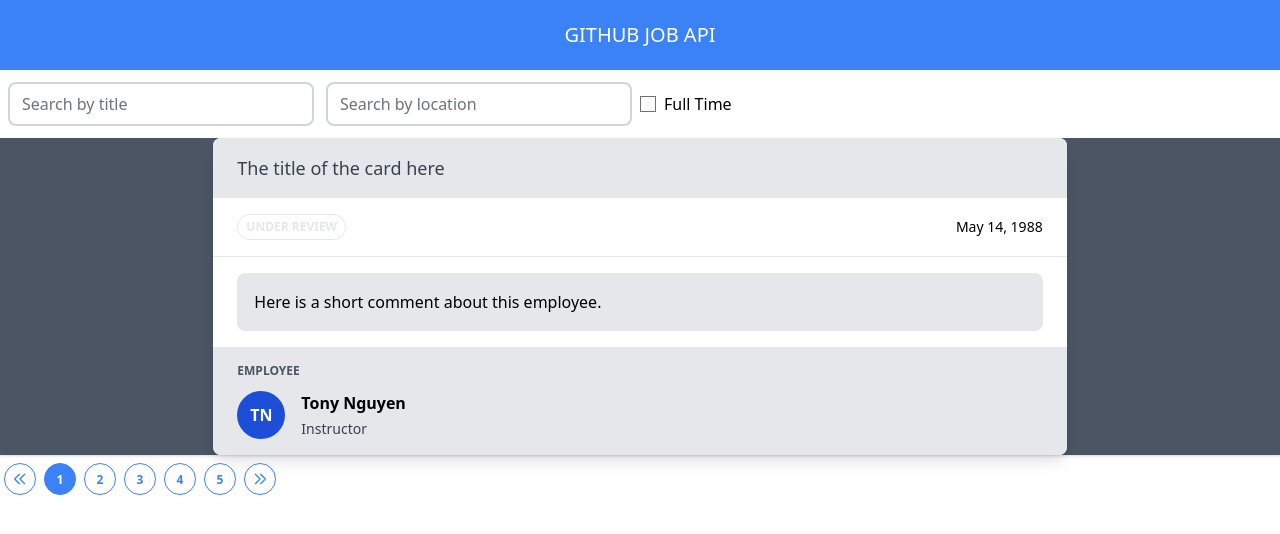
Repository: ShamroOoz/Github-job-api-React-Tailwind
Page: /
The author's editor kept a copy of each file at every save. The page is drawn from the files as they stood at one save, then again after the next save.
The browser window is 1280 px wide. The pictures show the whole page.
The page's requests for data from a server got no answer. The project was rebuilt for these pictures with package versions that can differ from the ones it lists, and the page was loaded fresh each time. No one was signed in, and anything a server would have sent is missing. Also part of the build but not shown: craco.config.js.

Above is the page before, as saved 2021-03-21 17:15:15.

### src/index.css
@tailwind base;
@tailwind components;
@tailwind utilities;

.text-style {
  @apply w-3/5 outline-none border-0 focus:ring-2 ring-indigo-600 border-2 border-gray-300 rounded-lg placeholder-gray-500 placeholder-opacity-100;
}

### src/App.js
import { useState } from "react";
import { useFetch } from "./components/Hooks/useFetch";
import NavBar from "./components/NavBar";
import SearchForm from "./components/SearchForm";
import Pagination from "./components/Pagination";
import Job from "./components/Reducer/Job";

function App() {
  const [params, setparam] = useState({});
  const [page, setpage] = useState(1);
  const { jobs, loading, error } = useFetch(params, page);

  const handleparamchange = (e) => {
    setpage(1);
    let param = e.target.name;
    let value = e.target.value;
    setparam((prevparams) => {
      return { ...prevparams, [param]: value };
    });
  };

  return (
    <>
      <NavBar />
      <SearchForm handleparamchange={handleparamchange} params={params} />
      {/* <div className="px-2">
        {loading && <div className="text-3xl font-bold">Loading..</div>}
        {error && (
          <div className="text-lg text-red-500">Error..Try refreshing</div>
        )}
        <div>
          {jobs &&
            jobs.map((job) => (
              <li className="leading-7 text-xl" key={job.id}>
                {job.title}
              </li>
            ))}
        </div>
      </div> */}
      <Job />
      <Pagination />
    </>
  );
}

export default App;

### src/components/Hooks/useFetch.js
import { useReducer, useEffect } from "react";
import axios from "axios";
import { reducer, ACTIONS } from "../Reducer/Reduce";

//
const { MAKE_REQUEST, GET_DATA, ERROR } = ACTIONS;
const BASE_URL =
  "https://secret-ocean-49799.herokuapp.com/https://jobs.github.com/positions.json";

const initialState = {
  jobs: [],
  loading: false,
  error: false,
};

export const useFetch = (params, page) => {
  const [state, dispatch] = useReducer(reducer, initialState);

  //useeffect hook to get data

  useEffect(() => {
    const cancelToken = axios.CancelToken.source();
    dispatch({ type: MAKE_REQUEST, payload: "" });
    axios
      .get(BASE_URL, {
        cancelToken: cancelToken.token,
        params: {
          markdown: true,
          page: page,
          ...params,
        },
      })
      .then((res) => {
        dispatch({ type: GET_DATA, payload: res.data });
        console.log(res.data);
      })
      .catch((err) => {
        if (axios.isCancel(err)) return;
        dispatch({ type: ERROR, payload: err });
      });
    //clean up
    return () => {
      cancelToken.cancel();
    };
  }, [page, params]);

  return state;
};

### src/components/NavBar.js
import React from "react";

const NavBar = () => {
  return (
    <nav className="relative flex flex-wrap items-center justify-center px-2 py-3 navbar-expand-lg bg-blue-500 ">
      <h2 className=" inline-block py-2 whitespace-no-wrap uppercase text-xl font-normal leading-normal  text-white">
        Github Job Api
      </h2>
    </nav>
  );
};

export default NavBar;

### src/components/SearchForm.js
import React from "react";

const SearchForm = ({ handleparamchange, params }) => {
  return (
    <form>
      <div className="grid grid-cols-2  ">
        <div className="py-3 px-2 flex space-x-3 ">
          <input
            className="text-style"
            type="text"
            placeholder={`Search by title `}
            name="description"
            value={params.description || ""}
            onChange={handleparamchange}
          />
          <input
            className="text-style"
            type="text"
            placeholder={`Search by location`}
            name="location"
            value={params.location || ""}
            onChange={handleparamchange}
          />
        </div>
        <div className="flex">
          <label className="flex items-center">
            <input
              type="checkbox"
              value={params.full_time || ""}
              onChange={handleparamchange}
            />
            <span className="ml-2">Full Time </span>
          </label>
        </div>
      </div>
    </form>
  );
};

export default SearchForm;

### src/components/Pagination.js
import React from "react";

const Pagination = () => {
  return (
    <div className="py-2">
      <nav className="block">
        <ul className="flex pl-0 rounded list-none flex-wrap">
          <li>
            <a
              href="#pablo"
              className="first:ml-0 text-xs font-semibold flex w-8 h-8 mx-1 p-0 rounded-full items-center justify-center leading-tight relative border border-solid border-blue-500 bg-white text-blue-500"
            >
              <svg
                xmlns="http://www.w3.org/2000/svg"
                fill="none"
                viewBox="0 0 24 24"
                stroke="currentColor"
                className="w-4"
              >
                <path
                  strokeLinecap="round"
                  strokeLinejoin="round"
                  strokeWidth="2"
                  d="M11 19l-7-7 7-7m8 14l-7-7 7-7"
                />
              </svg>
            </a>
          </li>
          <li>
            <a
              href="#pablo"
              className="first:ml-0 text-xs font-semibold flex w-8 h-8 mx-1 p-0 rounded-full items-center justify-center leading-tight relative border border-solid border-blue-500 text-white bg-blue-500"
            >
              1
            </a>
          </li>
          <li>
            <a
              href="#pablo"
              className="first:ml-0 text-xs font-semibold flex w-8 h-8 mx-1 p-0 rounded-full items-center justify-center leading-tight relative border border-solid border-blue-500 bg-white text-blue-500"
            >
              2
            </a>
          </li>
          <li>
            <a
              href="#pablo"
              className="first:ml-0 text-xs font-semibold flex w-8 h-8 mx-1 p-0 rounded-full items-center justify-center leading-tight relative border border-solid border-blue-500 bg-white text-blue-500"
            >
              3
            </a>
          </li>
          <li>
            <a
              href="#pablo"
              className="first:ml-0 text-xs font-semibold flex w-8 h-8 mx-1 p-0 rounded-full items-center justify-center leading-tight relative border border-solid border-blue-500 bg-white text-blue-500"
            >
              4
            </a>
          </li>
          <li>
            <a
              href="#pablo"
              className="first:ml-0 text-xs font-semibold flex w-8 h-8 mx-1 p-0 rounded-full items-center justify-center leading-tight relative border border-solid border-blue-500 bg-white text-blue-500"
            >
              5
            </a>
          </li>
          <li>
            <a
              href="#pablo"
              className="first:ml-0 text-xs font-semibold flex w-8 h-8 mx-1 p-0 rounded-full items-center justify-center leading-tight relative border border-solid border-blue-500 bg-white text-blue-500"
            >
              <svg
                xmlns="http://www.w3.org/2000/svg"
                fill="none"
                viewBox="0 0 24 24"
                stroke="currentColor"
                className="w-4"
              >
                <path
                  strokeLinecap="round"
                  strokeLinejoin="round"
                  strokeWidth="2"
                  d="M13 5l7 7-7 7M5 5l7 7-7 7"
                />
              </svg>
            </a>
          </li>
        </ul>
      </nav>
    </div>
  );
};

export default Pagination;

### src/components/Reducer/Job.js
import React from "react";

const Job = () => {
  return (
    <div class="bg-gray-600 flex justify-center items-center shadow">
      <div class="w-2/3 flex flex-col bg-white shadow-lg rounded-lg overflow-hidden">
        <div class="bg-gray-200 text-gray-700 text-lg px-6 py-4">
          The title of the card here
        </div>

        <div class="flex justify-between items-center px-6 py-4">
          <div class="bg-orange-600 text-xs uppercase px-2 py-1 rounded-full border border-gray-200 text-gray-200 font-bold">
            Under Review
          </div>
          <div class="text-sm">May 14, 1988</div>
        </div>

        <div class="px-6 py-4 border-t border-gray-200">
          <div class="border rounded-lg p-4 bg-gray-200">
            Here is a short comment about this employee.
          </div>
        </div>

        <div class="bg-gray-200 px-6 py-4">
          <div class="uppercase text-xs text-gray-600 font-bold">Employee</div>

          <div class="flex items-center pt-3">
            <div class="bg-blue-700 w-12 h-12 flex justify-center items-center rounded-full uppercase font-bold text-white">
              TN
            </div>
            <div class="ml-4">
              <p class="font-bold">Tony Nguyen</p>
              <p class="text-sm text-gray-700 mt-1">Instructor</p>
            </div>
          </div>
        </div>
      </div>
    </div>
  );
};

export default Job;

### src/components/Reducer/Reduce.js
export const ACTIONS = {
  MAKE_REQUEST: "MAKE_REQUEST",
  GET_DATA: "GET_DATA",
  ERROR: "ERROR",
};

export const reducer = (state, action) => {
  switch (action.type) {
    case ACTIONS.MAKE_REQUEST:
      return { ...state, loading: true };
    case ACTIONS.GET_DATA:
      return {
        ...state,
        loading: false,
        jobs: action.payload,
      };
    case ACTIONS.ERROR:
      return { ...state, error: true };
    default:
      return state;
  }
};

Loaded but not shown: public/index.html (common file); src/index.js (common file); tailwind.config.js (common file)

After the next save:
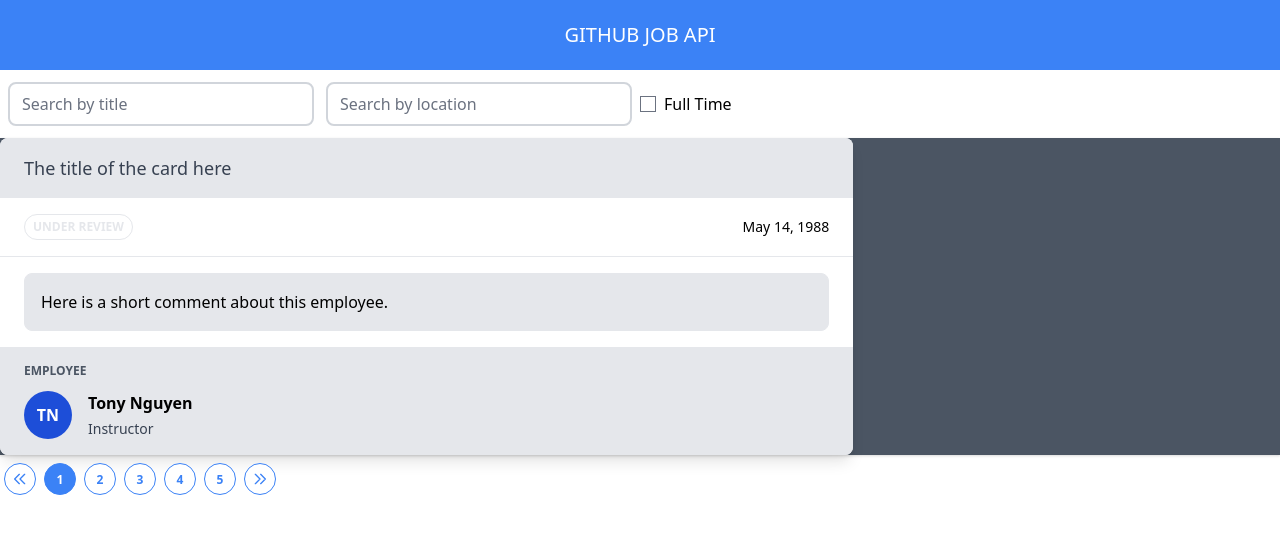
Saved 24 s later.
--- a/src/components/Reducer/Job.js
+++ b/src/components/Reducer/Job.js
@@ -2,7 +2,7 @@
 
 const Job = () => {
   return (
-    <div class="bg-gray-600 flex justify-center items-center shadow">
+    <div class="bg-gray-600 flex shadow">
       <div class="w-2/3 flex flex-col bg-white shadow-lg rounded-lg overflow-hidden">
         <div class="bg-gray-200 text-gray-700 text-lg px-6 py-4">
           The title of the card here
